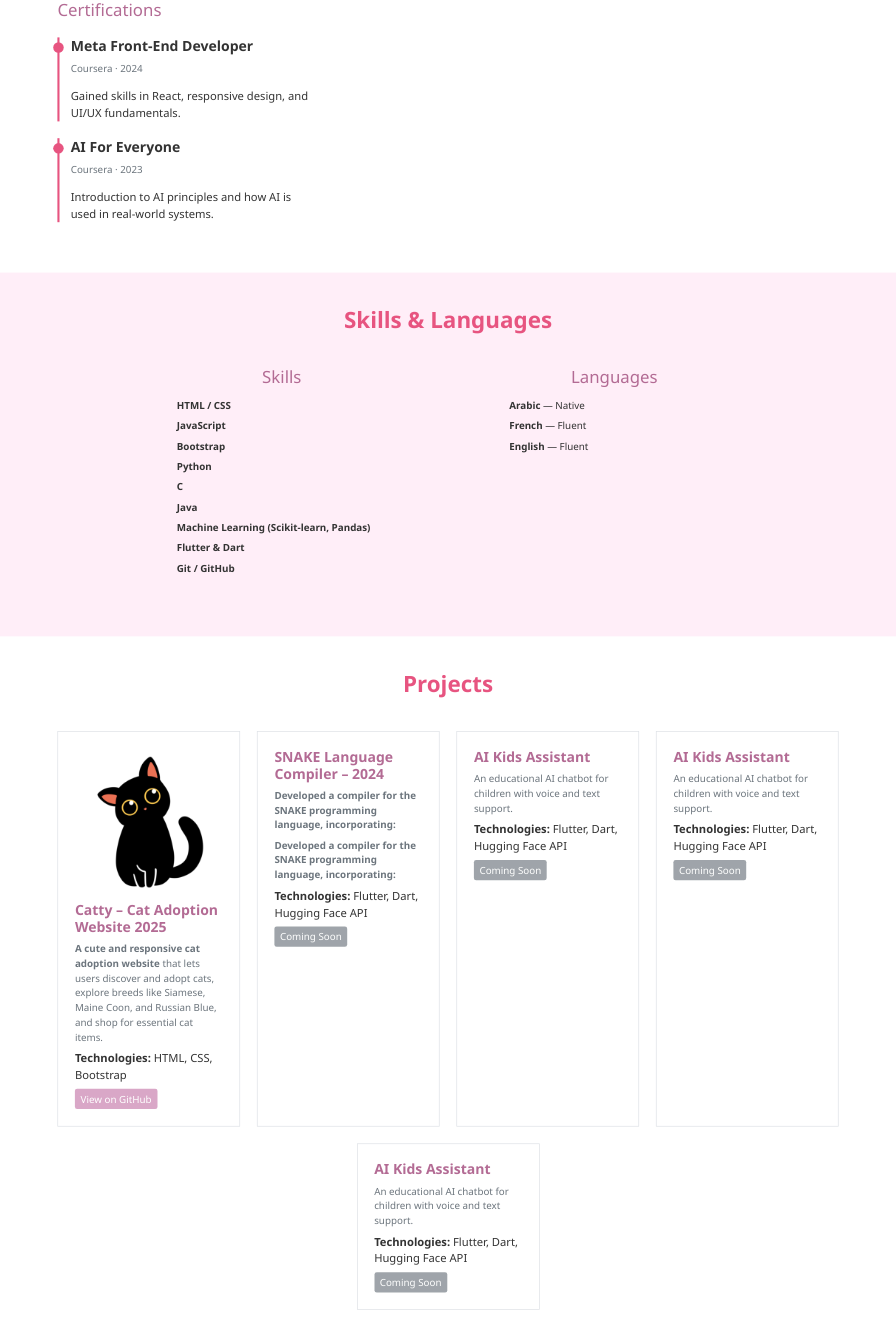
Repository: rihebtlh/portfolio
Page: new.html
These files come from the project's save history. The page is drawn as it stood at one moment and after the next save; the edit follows.
The browser window is 1280 px wide. The pictures show the part of the page from y = 1729 to 3649 px (the page is 3648 px tall before and 3649 px after), at 70% of full size.

Above is the page before, as saved 2025-07-02 16:11:01.

After the next save:
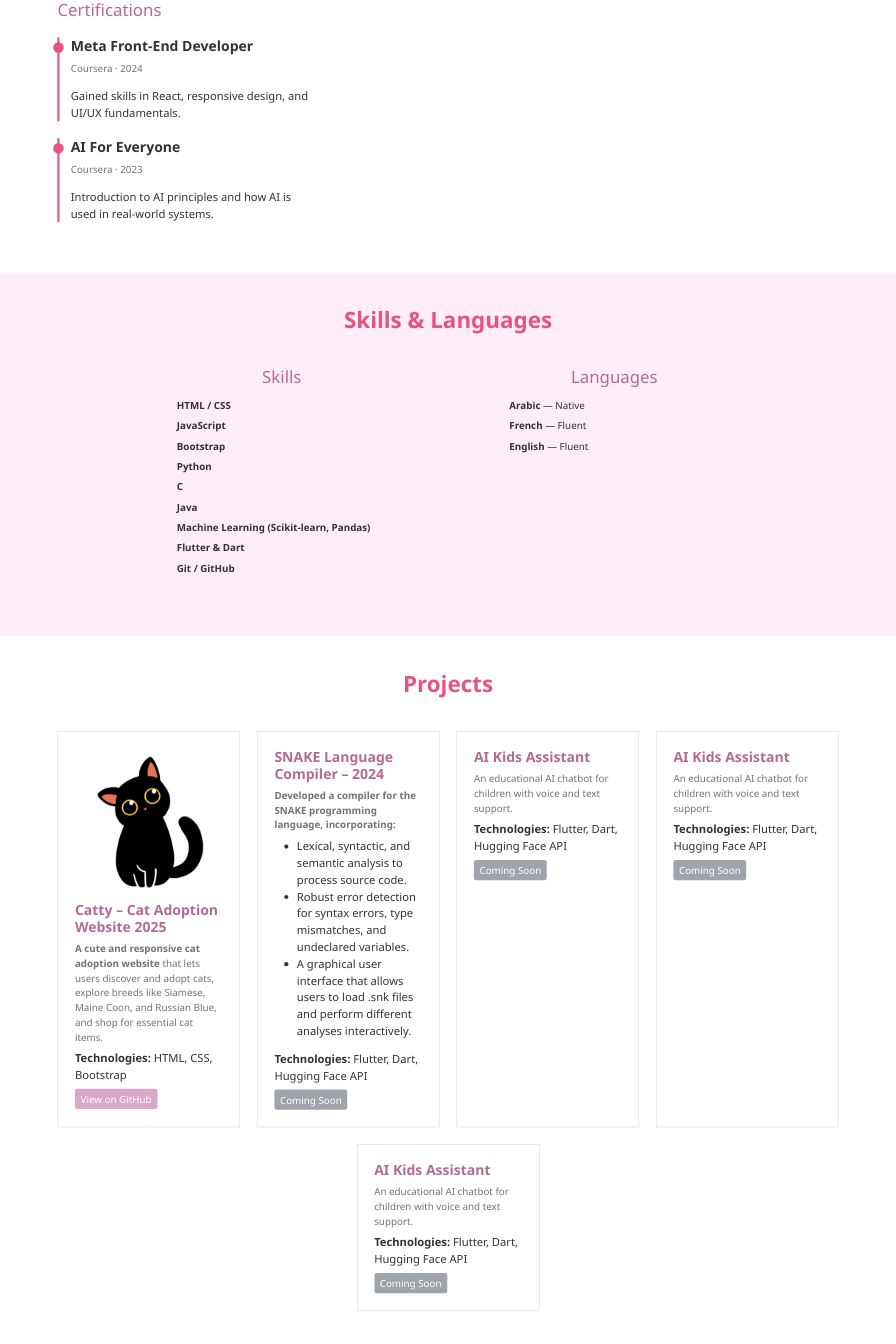
Saved 19 s later.
--- a/new.html
+++ b/new.html
@@ -281,7 +281,11 @@
             <div class="p-4 border rounded-4 h-100" style="border-color: #ffd6e8;">
               <h5 class="fw-bold" style="color: #b36b94;">SNAKE Language Compiler – 2024</h5>
               <p class="text-muted small mb-2"><strong>Developed a compiler for the SNAKE programming language, incorporating:</strong></p>
-              <p class="text-muted small mb-2"><strong>Developed a compiler for the SNAKE programming language, incorporating:</strong></p>
+              <p class="text-muted small mb-2"><ul>
+            <li>Lexical, syntactic, and semantic analysis to process source code.</li>
+            <li>Robust error detection for syntax errors, type mismatches, and undeclared variables.</li>
+            <li>A graphical user interface that allows users to load .snk files and perform different analyses interactively.</li>
+          </ul></p>
               <p class="mb-2"><strong>Technologies:</strong> Flutter, Dart, Hugging Face API</p>
               <a href="#" target="_blank" class="btn btn-sm btn-secondary disabled">Coming Soon</a>
             </div>
